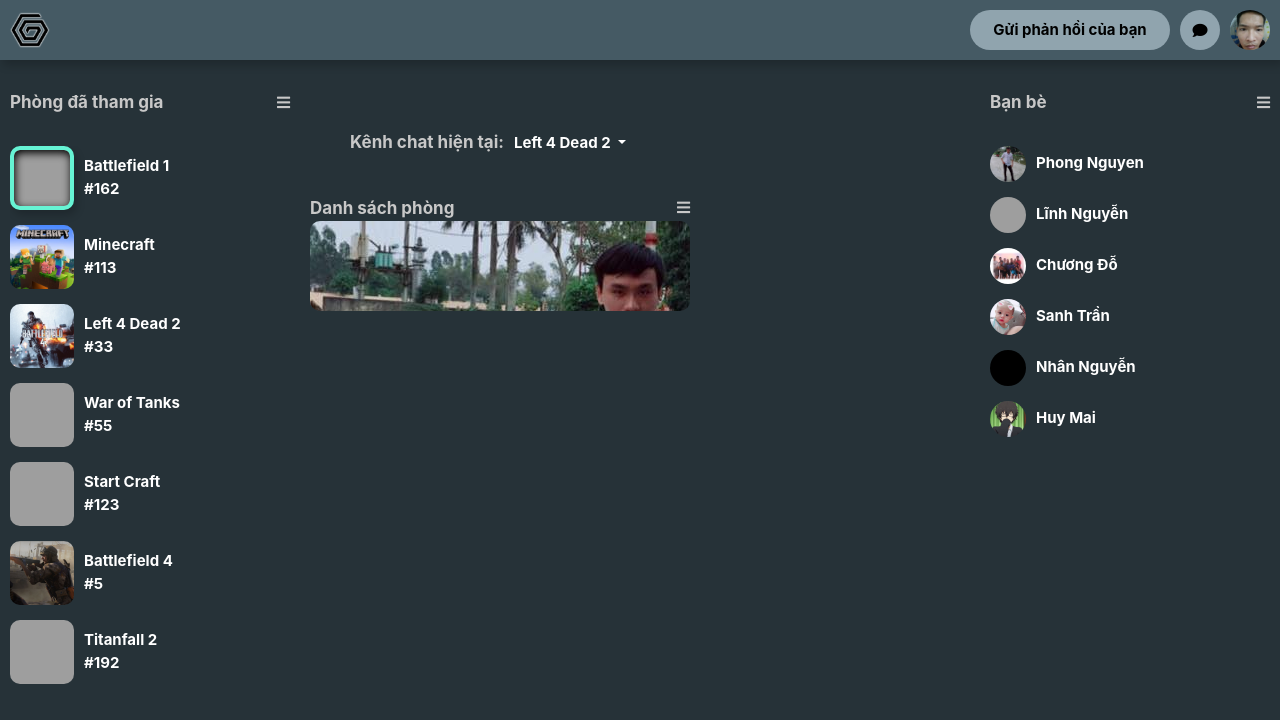
Repository: GammingCommnunity/docs
Page: web-layout/v2/html/index.html
These files come from the project's save history. The page is drawn as it stood at one moment and after the next save; the edit follows.
The browser window is 1280 px wide. The pictures show the whole page.
Pictures or frames that could not be fetched are drawn as grey boxes.

Above is the page before, as saved 2020-03-06 11:05:31.

### web-layout/v2/html/index.html
<!DOCTYPE html>
<html lang="vi">

<head>
	<meta charset="UTF-8">
	<meta name="viewport" content="width=device-width, initial-scale=1.0">
	<!-- title -->
	<title>Gaming Community</title>
	<!-- bootstrap -->
	<link rel="stylesheet" href="css/bootstrap/bootstrap.min.css">
	<!-- fontawesome -->
	<link href="css/fontawesome.css" rel="stylesheet">
	<link href="css/brands.css" rel="stylesheet">
	<link href="css/solid.css" rel="stylesheet">
</head>

<body>
	<!-- bootstrap -->
	<script src="js/jquery-3.4.1.min.js"></script>
	<script src="js/bootstrap/bootstrap.popper.min.js"></script>
	<script src="js/bootstrap/bootstrap.min.js"></script>
	<!-- define -->
	<style>
		:root {
			/* background color */
			--bg9: #263238;
			--bg8: #37474F;
			--bg7: #455A64;
			--bg6: #546E7A;
			--bg5: #607D8B;
			--bg4: #78909C;
			--bg3: #90A4AE;
			--bg2: #B0BEC5;
			--bg1: #CFD8DC;
			/* text color */
			--primary-text: white;
			--secondary-text: #C8C8C8;
			/* shadow */
			--shd: 3px 5px 9px rgba(0, 0, 0, .2);
			--shd-lg: 3px 5px 18px rgba(0, 0, 0, .2);
			--shd-highlight: 3px 5px 9px rgba(0, 0, 0, .2), inset 1px 3px 9px black;
			/* text size */
			--text-size-sm: 12px;
			--text-size-lg: 17px;
			/* highlight */
			--highlight: rgb(102, 243, 212);
			--border-highlight: 4px solid var(--highlight);
		}
	</style>

	<!-- global style -->
	<style>
		html {
			margin: 0;
			padding: 0;
		}

		html * {
			font-size: 15px;
			color: var(--primary-text);
		}

		/* ::-webkit-scrollbar {
			width: 3px;
			height: 3px;
		}

		::-webkit-scrollbar-thumb {
			background: rgb(9, 81, 71);
			border-radius: 999px;
		}

		::placeholder {
			color: rgb(13, 190, 150);
			font-size: 12px;
		} */

		pre {
			white-space: pre-line;
			word-break: break-word;
		}






		.img {
			background-size: cover;
			background-repeat: no-repeat;
			background-position: center;
		}

		.nowrap {
			white-space: nowrap;
		}

		.wrap {
			white-space: pre-line;
			word-break: break-word;
		}

		.logo {
			width: 40px;
			height: 40px;
		}

		/* component */
		.component {
			display: flex;
			flex-direction: column;
		}

		.component-head {
			display: flex;
			align-items: center;
		}

		.component-head * {
			color: var(--secondary-text);
		}

		.component-head label {
			margin-right: 10px;
			font-weight: bold;
			font-size: var(--text-size-lg);
			flex-grow: 1;
			overflow: hidden;
			white-space: nowrap;
		}

		.component .component-body {
			flex-grow: 1;
			display: flex;
			flex-direction: column;
			overflow: auto;
		}

		/* fix bootstrap */
		p,
		label {
			margin: 0;
		}

		.dropdown-menu {
			font-weight: bold;
			background-color: var(--bg6);
			box-shadow: var(--shd-lg);
		}

		.dropdown-menu * {
			font-weight: bold;
			transition: all .3s ease;
			color: var(--primary-text);
		}

		.dropdown-menu .dropdown-item:hover {
			color: var(--bg6);
			border-left: 4px solid var(--highlight);
		}
	</style>

	<!-- framework -->
	<style>
		header {
			width: 100vw;
			height: 60px;
			padding-left: 10px;
			padding-right: 10px;
			position: fixed;
			top: 0;
			display: flex;
			align-items: center;
			background-color: var(--bg7);
			box-shadow: var(--shd);
		}

		header .space {
			flex-grow: 1;
		}

		header .button {
			width: 40px;
			height: 40px;
			display: flex;
			justify-content: center;
			align-items: center;
			border-radius: 40px;
			background-color: var(--bg3);
			margin-left: 10px;
			cursor: pointer;
			color: black;
		}

		header .button * {
			color: black;
		}

		.feedback-btn {
			width: 200px !important;
			font-weight: bold;
		}

		.main-container {
			width: 100vw;
			height: 100vh;
			background-color: var(--bg9);
			padding-top: 60px;
			display: flex;
			align-items: stretch;
			justify-content: space-between;
		}

		.main-container article {
			flex-grow: 1;
			padding: 30px 10px 0 10px;
			max-width: 1000px;
		}

		.main-container nav {
			width: 300px;
			padding: 30px 10px 0 10px;
			color: var(--secondary-text);
		}

		.main-container nav .component-head {
			margin-bottom: 30px;
		}


		/* joined-rooms-item */
		.joined-rooms-item {
			width: 100%;
			display: flex;
			margin-bottom: 15px;
		}

		.joined-rooms-item .img {
			width: 64px;
			height: 64px;
			border-radius: 10px;
		}

		.joined-rooms-item * {
			font-weight: bold;
		}

		.joined-rooms-item .info {
			height: 64px;
			padding-left: 10px;
			flex-grow: 1;
			display: flex;
			flex-direction: column;
			align-items: flex-start;
			justify-content: center;
		}

		.joined-rooms-item .info * {
			overflow: hidden;
			white-space: nowrap;
		}

		/* active */
		.joined-rooms-item.active .img {
			border: var(--border-highlight);
			box-shadow: var(--shd-highlight);
		}

		/* friends-item */
		.friends-item {
			width: 100%;
			display: flex;
			align-items: center;
			margin-bottom: 15px;
		}

		.friends-item .img {
			width: 36px;
			height: 36px;
			border-radius: 36px;
		}

		.friends-item * {
			font-weight: bold;
		}

		.friends-item .name {
			padding-left: 10px;
			overflow: hidden;
			white-space: nowrap;
		}
	</style>

	<!-- game channel -->
	<style>
		.game-channels-list {
			font-weight: bold;
		}

		.game-channels{
			display: flex;
			flex-direction: column;
			height: 100%;
		}

		.game-channels-head{
			margin: 40px;
			display: flex;
			align-items: center;
		}

		.game-channels-head > label:first-child{
			color: var(--secondary-text);
			font-size: var(--text-size-lg);
			font-weight: bold;
			padding-right: 10px;
		}

		.game-channels-head .game-channels-list{
			flex-grow: 1;
		}

		.game-channels-body{
			flex-grow: 1;
			display: flex;
		}

		.rooms{
			width: 380px;
			min-width: 380px;
			height: 100%;
		}

		.global-chats{
			flex-grow: 1;
			height: 100%;
		}

		.rooms-item{
			width: 100%;
			height: 90px;
			border-radius: 10px;
			background-color: rgba(0, 0, 0, .8);
		}
	</style>




	<header>
		<div class="logo img" style="background-image: url(img/logo.png)"></div>
		<div class="space"></div>
		<div class="button feedback-btn">Gửi phản hồi của bạn</div>
		<div class="button">
			<i class="fas fa-comment"></i>
		</div>
		<div class="button img" style="background-image: url(img/avatar.jpg)"></div>
	</header>



	<div class="main-container">






		<!-- joined room -->
		<nav class="component">
			<div class="component-head">
				<label>Phòng đã tham gia</label>
				<div>
					<i class="fas fa-bars"></i>
				</div>
			</div>
			<div class="component-body">

				<div class="joined-rooms-item active">
					<div class="img" style="background-image: url(img/14.jpg)"></div>
					<div class="info">
						<p>Battlefield 1</p>
						<p>#162</p>
					</div>
				</div>

				<div class="joined-rooms-item">
					<div class="img" style="background-image: url(img/10.jpg)"></div>
					<div class="info">
						<p>Minecraft</p>
						<p>#113</p>
					</div>
				</div>

				<div class="joined-rooms-item">
					<div class="img" style="background-image: url(img/9.jpg)"></div>
					<div class="info">
						<p>Left 4 Dead 2</p>
						<p>#33</p>
					</div>
				</div>

				<div class="joined-rooms-item">
					<div class="img" style="background-image: url(img/13.jpg)"></div>
					<div class="info">
						<p>War of Tanks</p>
						<p>#55</p>
					</div>
				</div>

				<div class="joined-rooms-item">
					<div class="img" style="background-image: url(img/12.jpg)"></div>
					<div class="info">
						<p>Start Craft</p>
						<p>#123</p>
					</div>
				</div>

				<div class="joined-rooms-item">
					<div class="img" style="background-image: url(img/16.jpg)"></div>
					<div class="info">
						<p>Battlefield 4</p>
						<p>#5</p>
					</div>
				</div>

				<div class="joined-rooms-item">
					<div class="img" style="background-image: url(img/11.jpg)"></div>
					<div class="info">
						<p>Titanfall 2</p>
						<p>#192</p>
					</div>
				</div>


			</div>
		</nav>

		<!-- game channel -->
		<article>
			<div class="game-channels">
				<div class="game-channels-head">
					<label>Kênh chat hiện tại:</label>
					<div class="game-channels-list dropdown">
						<label class="dropdown-toggle" id="" data-toggle="dropdown" aria-haspopup="true"
							aria-expanded="false">
							Left 4 Dead 2
						</label>
						<div class="dropdown-menu" aria-labelledby="dropdownMenuButton">
							<a class="dropdown-item" href="#">GTA 5</a>
							<a class="dropdown-item" href="#">Minecraft</a>
							<a class="dropdown-item" href="#">Left 4 Dead 2</a>
							<a class="dropdown-item" href="#">War Frame</a>
							<a class="dropdown-item" href="#">Titanfall 2</a>
							<a class="dropdown-item" href="#">Start Craft</a>
							<a class="dropdown-item" href="#">HearthStone</a>
						</div>
					</div>
				</div>
				<div class="game-channels-body">
					<div class="rooms component">
						<div class="component-head">
							<label>Danh sách phòng</label>
							<div>
								<i class="fas fa-bars"></i>
							</div>
						</div>
						<div class="component-body">

							<div class="rooms-item" style="background-image: url(img/100.jpg)">

							</div>

						</div>
					</div>
				</div>
			</div>
		</article>

		<!-- friends -->
		<nav class="component">
			<div class="component-head">
				<label>Bạn bè</label>
				<div>
					<i class="fas fa-bars"></i>
				</div>
			</div>
			<div class="component-body">

				<div class="friends-item">
					<div class="img" style="background-image: url(img/100.jpg)"></div>
					<p class="name">Phong Nguyen</p>
				</div>

				<div class="friends-item">
					<div class="img" style="background-image: url(img/101.jpg)"></div>
					<p class="name">Lĩnh Nguyễn</p>
				</div>

				<div class="friends-item">
					<div class="img" style="background-image: url(img/102.jpg)"></div>
					<p class="name">Chương Đỗ</p>
				</div>

				<div class="friends-item">
					<div class="img" style="background-image: url(img/103.jpg)"></div>
					<p class="name">Sanh Trần</p>
				</div>

				<div class="friends-item">
					<div class="img" style="background-image: url(img/104.jpg)"></div>
					<p class="name">Nhân Nguyễn</p>
				</div>

				<div class="friends-item">
					<div class="img" style="background-image: url(img/105.jpg)"></div>
					<p class="name">Huy Mai</p>
				</div>


			</div>
		</nav>






	</div>




</body>

</html>

### web-layout/v2/html/css/brands.css
/*!
 * Font Awesome Free 5.12.0 by @fontawesome - https://fontawesome.com
 * License - https://fontawesome.com/license/free (Icons: CC BY 4.0, Fonts: SIL OFL 1.1, Code: MIT License)
 */
@font-face {
  font-family: 'Font Awesome 5 Brands';
  font-style: normal;
  font-weight: normal;
  font-display: auto;
  src: url("../webfonts/fa-brands-400.eot");
  src: url("../webfonts/fa-brands-400.eot?#iefix") format("embedded-opentype"), url("../webfonts/fa-brands-400.woff2") format("woff2"), url("../webfonts/fa-brands-400.woff") format("woff"), url("../webfonts/fa-brands-400.ttf") format("truetype"), url("../webfonts/fa-brands-400.svg#fontawesome") format("svg"); }

.fab {
  font-family: 'Font Awesome 5 Brands'; }

### web-layout/v2/html/css/solid.css
/*!
 * Font Awesome Free 5.12.0 by @fontawesome - https://fontawesome.com
 * License - https://fontawesome.com/license/free (Icons: CC BY 4.0, Fonts: SIL OFL 1.1, Code: MIT License)
 */
@font-face {
  font-family: 'Font Awesome 5 Free';
  font-style: normal;
  font-weight: 900;
  font-display: auto;
  src: url("../webfonts/fa-solid-900.eot");
  src: url("../webfonts/fa-solid-900.eot?#iefix") format("embedded-opentype"), url("../webfonts/fa-solid-900.woff2") format("woff2"), url("../webfonts/fa-solid-900.woff") format("woff"), url("../webfonts/fa-solid-900.ttf") format("truetype"), url("../webfonts/fa-solid-900.svg#fontawesome") format("svg"); }

.fa,
.fas {
  font-family: 'Font Awesome 5 Free';
  font-weight: 900; }

Loaded but not shown: web-layout/v2/html/css/bootstrap/bootstrap.min.css (library); web-layout/v2/html/css/fontawesome.css (library); web-layout/v2/html/js/jquery-3.4.1.min.js (library); web-layout/v2/html/js/bootstrap/bootstrap.popper.min.js (library); web-layout/v2/html/js/bootstrap/bootstrap.min.js (library)

After the next save:
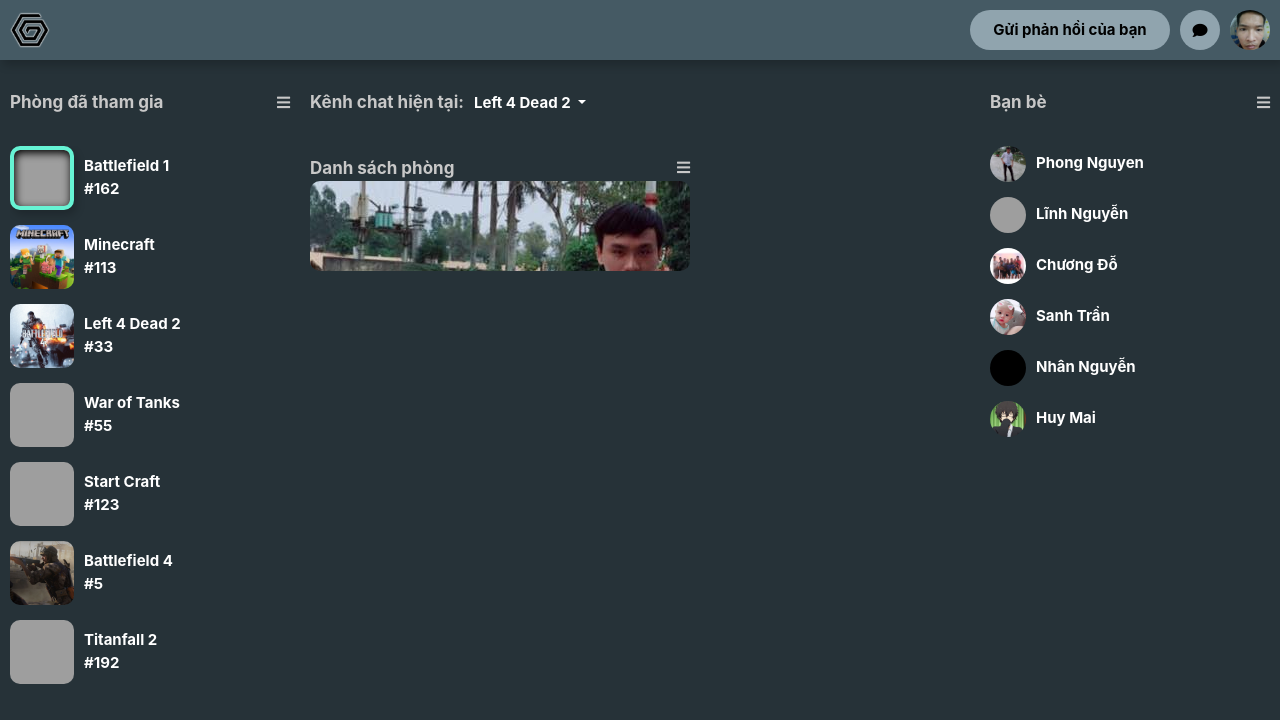
Saved 3 s later.
--- a/web-layout/v2/html/index.html
+++ b/web-layout/v2/html/index.html
@@ -304,7 +304,7 @@
 		}
 
 		.game-channels-head{
-			margin: 40px;
+			margin-bottom: 40px;
 			display: flex;
 			align-items: center;
 		}
